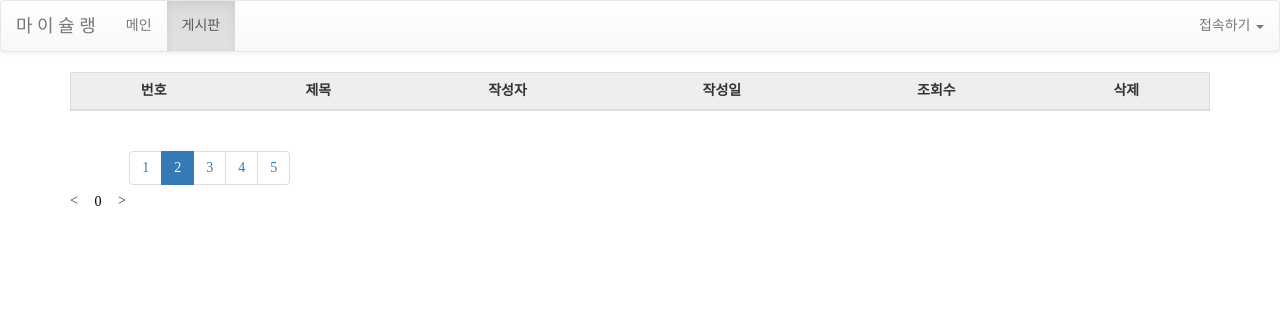
Repository: serendipity63/mychelin
Page: http://localhost/board/WEB-INF/views/boardlist.jsp
The author's editor kept a copy of each file at every save. The page is drawn from the files as they stood at one save, then again after the next save.
The browser window is 1280 px wide. The pictures show the whole page.
Some web fonts or font styles are not loaded; a fallback is used. The page is served by Tomcat 9. Nobody is signed in. The template is opened directly, without the code that normally fills it, so the values that code supplies are empty.

Above is the page before, as saved 2024-01-11 07:40:11.
Console error (its wording comes from the project's code and is left out).

After the next save:
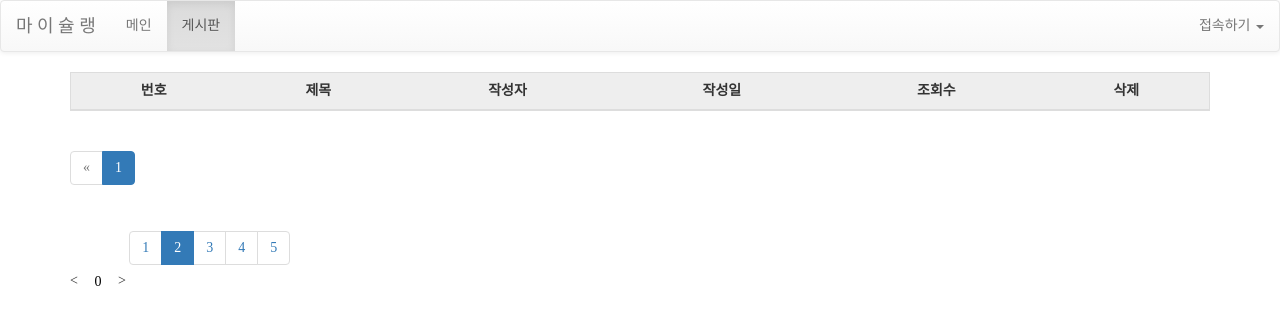
Saved 49 s later.
--- a/board/src/main/webapp/WEB-INF/views/boardlist.jsp
+++ b/board/src/main/webapp/WEB-INF/views/boardlist.jsp
@@ -100,6 +100,14 @@ text-decoration:none;
 				</c:forEach>
 			</tbody>
 		</table>
+		<nav aria-label="...">
+  <ul class="pagination">
+    <li class="disabled"><a href="#" aria-label="Previous"><span aria-hidden="true">&laquo;</span></a></li>
+    <li class="active"><a href="#">1 <span class="sr-only">(current)</span></a></li>
+  </ul>
+</nav>
+
+
 		<c:choose>
 			<c:when test="${pageInfo.curPage>1 }">
 
